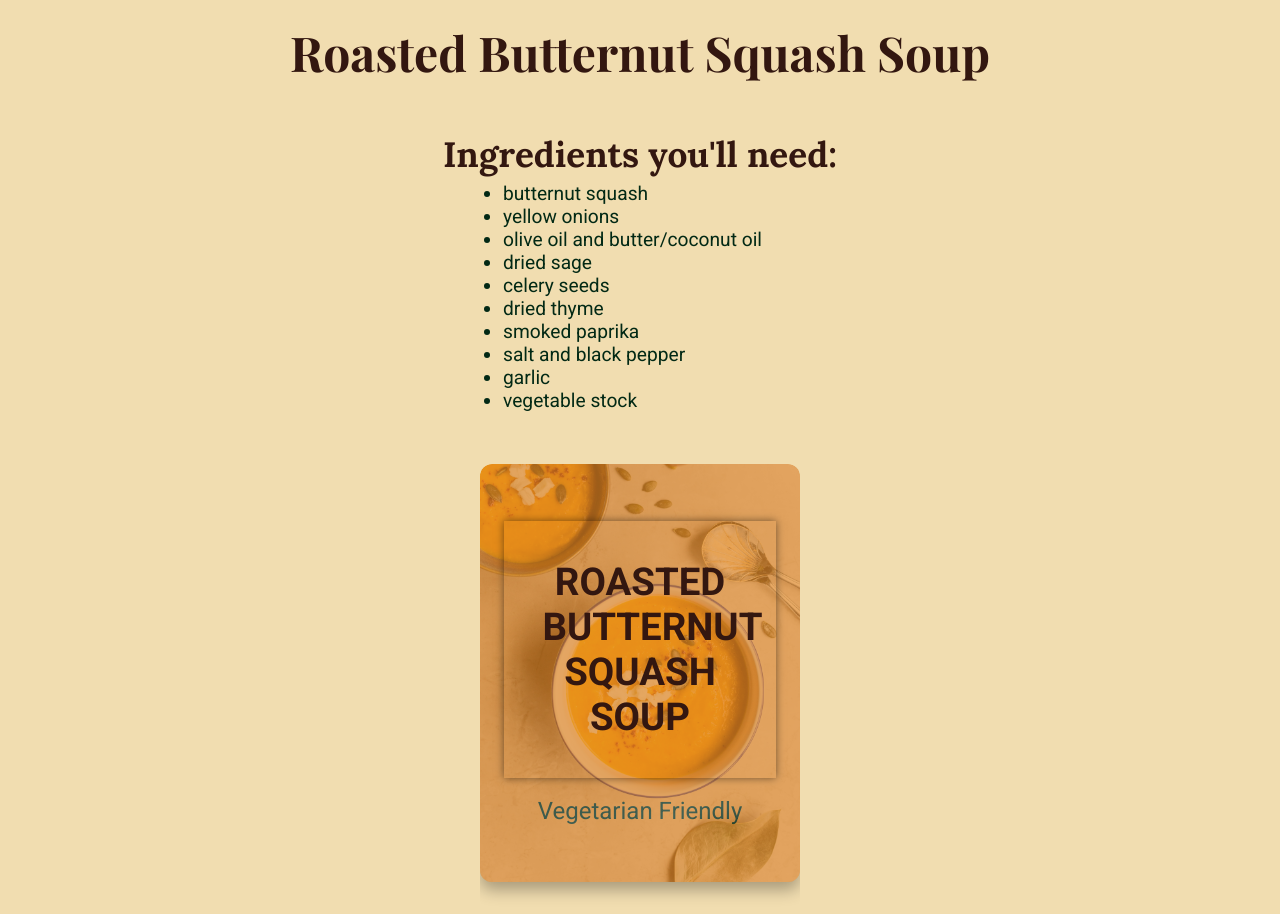
Repository: IDMX225/css-card-flip-LyssaMA
Page: src/index.html
The author's editor kept a copy of each file at every save. The page is drawn from the files as they stood at one save, then again after the next save.
The browser window is 1280 px wide. The pictures show the whole page.
The style sheet was rebuilt from its Sass, Less or Tailwind sources for each picture, by a compiler version that may differ from the author's.

Above is the page before, as saved 2024-11-12 23:17:43.
Not found: src/js/index.js

### src/index.html
<!DOCTYPE html>
<html lang="en">

<head>
  <meta charset="UTF-8">
  <meta name="viewport" content="width=device-width, initial-scale=1.0">
  <meta name="description" content="A modern CSS page">
  <meta name="generator" content="Eleventy v1.2">
  <title>Recipe</title>
  <link rel="shortcut icon" href="images/squash.png" type="image/png">
  <link rel="stylesheet" href="css/main.css">
</head>

<body>
  <!-- Title above the card -->
  <div class="title-above-card">Roasted Butternut Squash Soup</div>

  <!-- Ingredients Section -->
  <div class="ingredients">
    <div class="ingredients-heading">Ingredients you'll need:</div>
    <ul class="ingredients-list">
      <li>butternut squash</li>
      <li>yellow onions</li>
      <li>olive oil and butter/coconut oil</li>
      <li>dried sage</li>
      <li>celery seeds</li>
      <li>dried thyme</li>
      <li>smoked paprika</li>
      <li>salt and black pepper</li>
      <li>garlic</li>
      <li>vegetable stock</li>
    </ul>
  </div>

  <!-- The Card with the Recipe Title inside -->
  <div class="card">
    <div class="card__content">
      <div class="card__front">
        <!-- Image added to the front -->
        <img src="images/squashsoup.jpg" alt="Roasted Butternut Squash Soup" class="card__image">
        <h3 class="card__title">Roasted Butternut Squash Soup</h3>
        <p class="card__subtitle">Vegetarian Friendly</p>
      </div>

      <div class="card__back">
        <p class="card__body">To roast the squash, simply place the seasoned squash onto two large baking sheets lined
          with aluminum foil for easy cleanup. Roast in the oven for 45 minutes at 400°F.
          There's no need to flip over the squash halfway through roasting. Just let it go for 45 minutes and that's it!
          Enjoy!</p>
      </div>
    </div>
  </div>

  <script src="js/index.js"></script>
</body>

</html>

### src/sass/main.scss
/* Import Google Fonts */
@import url('https://fonts.googleapis.com/css2?family=Roboto:wght@400;700&display=swap');
@import url('https://fonts.googleapis.com/css2?family=Playfair+Display:wght@400;700&display=swap');
@import url('https://fonts.googleapis.com/css2?family=Lora:wght@400;700&display=swap');

:root {
  --level-three: translateZ(9rem);
  --fw-normal: 400;
  --fw-bold: 700;
  --clr: #e08624; /* Squash Soup Orange */
  --clr-dark: #331710; /* Dark brown for the card back */
  --font-family-roboto: 'Roboto', sans-serif;
  --font-family-playfair: 'Playfair Display', serif;
  --font-family-lora: 'Lora', serif;
}

/* Universal Reset */
*,
*::before,
*::after {
  box-sizing: border-box;
  margin: 0;
}

/* Body */
body {
  font-family: var(--font-family-roboto);
  height: 100vh;
  display: grid;
  place-items: center;
  padding: 20px;
  background-color: #f1ddb0;
}

/* Title Above Card */
.title-above-card {
  font-family: var(--font-family-playfair);
  font-size: 3rem;
  font-weight: var(--fw-bold);
  text-align: center;
  margin-bottom: 1em;
  color: #331710;
}

/* Ingredients Section */
.ingredients {
  text-align: center;
  margin-bottom: 2em;
}

.ingredients-heading {
  font-family: var(--font-family-lora);
  font-size: 2.2rem;
  font-weight: var(--fw-bold);
  color: #331710;
  margin-bottom: 5px;
}

.ingredients-list {
  text-align: left;
  font-family: var(--font-family-roboto);
  font-size: 1.2rem;
  color: #022915; /* Dark green color */
  list-style-type: disc;
  margin-left: 20px;
}

/* Card Container */
.card {
  width: 320px;
  height: 450px;
  perspective: 1200px; /* 3D Perspective */
  border-radius: 12px;
  overflow: hidden;
  padding-bottom: 2em;
  display: flex;
  flex-direction: column;
  position: relative;
  margin-top: 20px;
  margin-bottom: 10px;
  transition: transform 0.8s ease-out; /* Smooth scaling */
}

/* Card Content */
.card__content {
  position: relative;
  width: 100%;
  height: 100%;
  transform-style: preserve-3d;
  transition: transform 0.6s;
}

.card:hover .card__content {
  transform: rotateY(180deg); /* 3D Flip Effect */
}

/* Front and Back of the Card */
.card__front,
.card__back {
  position: absolute;
  top: 0;
  left: 0;
  right: 0;
  bottom: 0;
  backface-visibility: hidden;
  display: flex;
  justify-content: center;
  align-items: center;
  border-radius: 12px;
  box-sizing: border-box;
  width: 100%;
  height: 100%;
}

/* Front of the Card */
.card__front {
  background-color: var(--clr);
  color: #022c17;
  padding: 1.5em;
  border-radius: 12px;
  box-shadow: 0 8px 16px rgba(0, 0, 0, 0.3);
  position: relative;
  display: flex;
  flex-direction: column;
  justify-content: center;
  align-items: center;
  text-align: center;
  z-index: 1;
  overflow: hidden;
}

/* Image on the Front of the Card */
.card__image {
  position: absolute;
  top: 0;
  left: 0;
  right: 0;
  bottom: 0;
  width: 100%;
  height: 100%;
  object-fit: cover;
  opacity: 0.3;
  z-index: 0;
  object-position: center;
}

/* Title on Card Front */
.card__title {
  font-family: var(--font-family-roboto); /* Changed back to Roboto */
  font-size: 2.4rem;
  font-weight: var(--fw-bold);
  text-transform: uppercase;
  color: #331710;
  box-shadow: 0 0 8px rgba(0, 0, 0, 0.5);
  padding: 1em;
  text-align: center;
  position: relative;
  z-index: 2;
  width: 100%;
  box-sizing: border-box;
  margin-bottom: 0.5em;
}

/* Subtitle on Card */
.card__subtitle {
  font-family: var(--font-family-roboto);
  font-size: 1.5rem;
  font-weight: var(--fw-normal);
  text-align: center;
  margin-top: 0;
}

/* Back of the Card */
.card__back {
  background: var(--clr-dark);
  color: #f7d07d;
  transform: rotateY(180deg);
  border-radius: 12px;
  padding: 2em;
  box-sizing: border-box;
  text-align: center;
  z-index: 1;
  overflow: hidden;
}

/* Body Text on Back */
.card__body {
  font-family: var(--font-family-roboto);
  font-size: 1.1rem;
  line-height: 1.5;
  text-align: center;
  max-width: 90%;
  box-sizing: border-box;
  padding: 1em;
}

/* Hover Effects */
.card:hover {
  transform: scale(1.05); /* Slightly scale up the card */
}

/* Shadow Effect on Hover */
.card:hover .card__front,
.card:hover .card__back {
  box-shadow: 0 8px 20px rgba(0, 0, 0, 0.3), 0 0 30px rgba(0, 0, 0, 0.5);
}

After the next save:
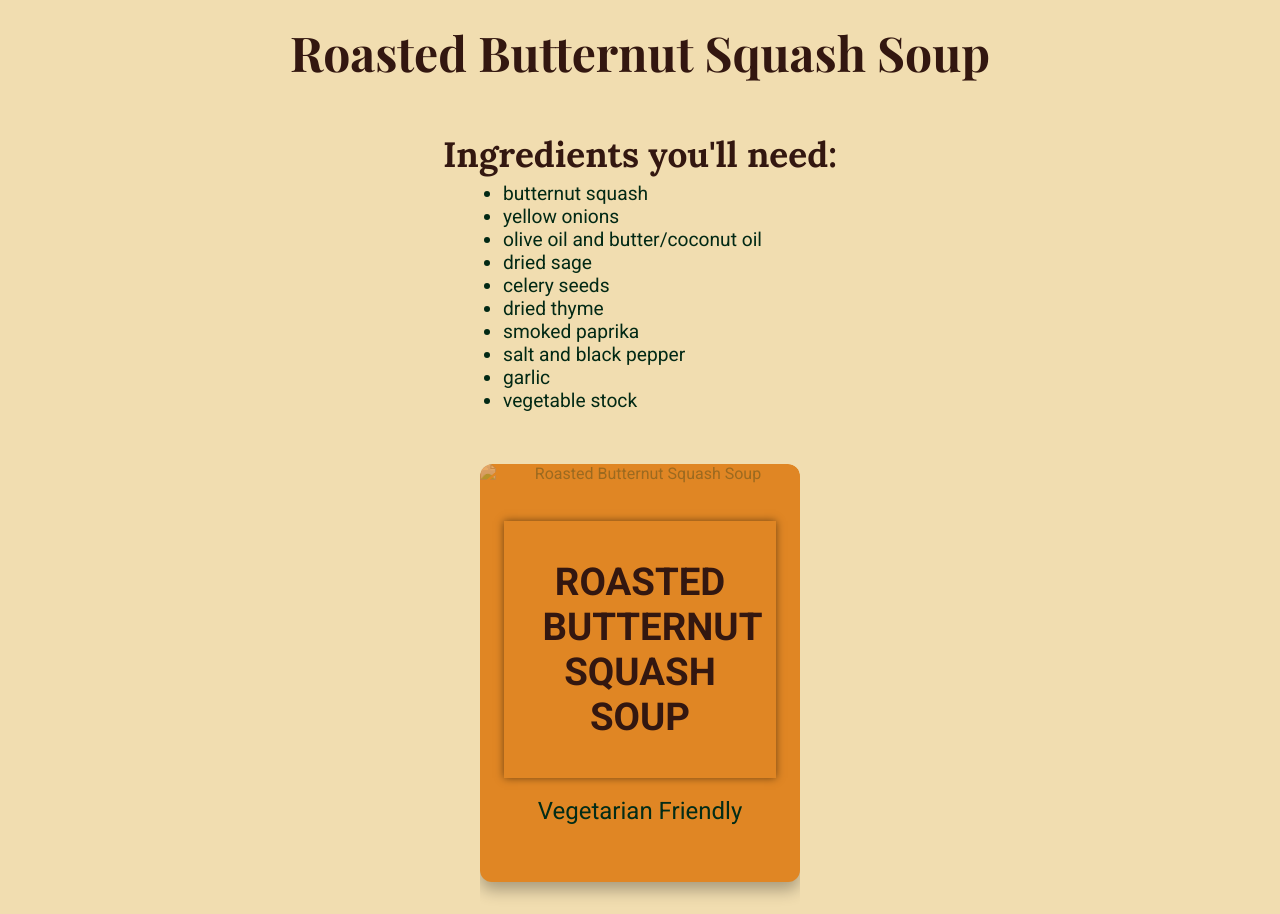
Not found: src/images/squashsoup .jpg
Saved 4 min 34 s later.
--- a/src/index.html
+++ b/src/index.html
@@ -37,7 +37,7 @@
     <div class="card__content">
       <div class="card__front">
         <!-- Image added to the front -->
-        <img src="images/squashsoup.jpg" alt="Roasted Butternut Squash Soup" class="card__image">
+        <img src="images\squashsoup .jpg" alt="Roasted Butternut Squash Soup" class="card__image">
         <h3 class="card__title">Roasted Butternut Squash Soup</h3>
         <p class="card__subtitle">Vegetarian Friendly</p>
       </div>
